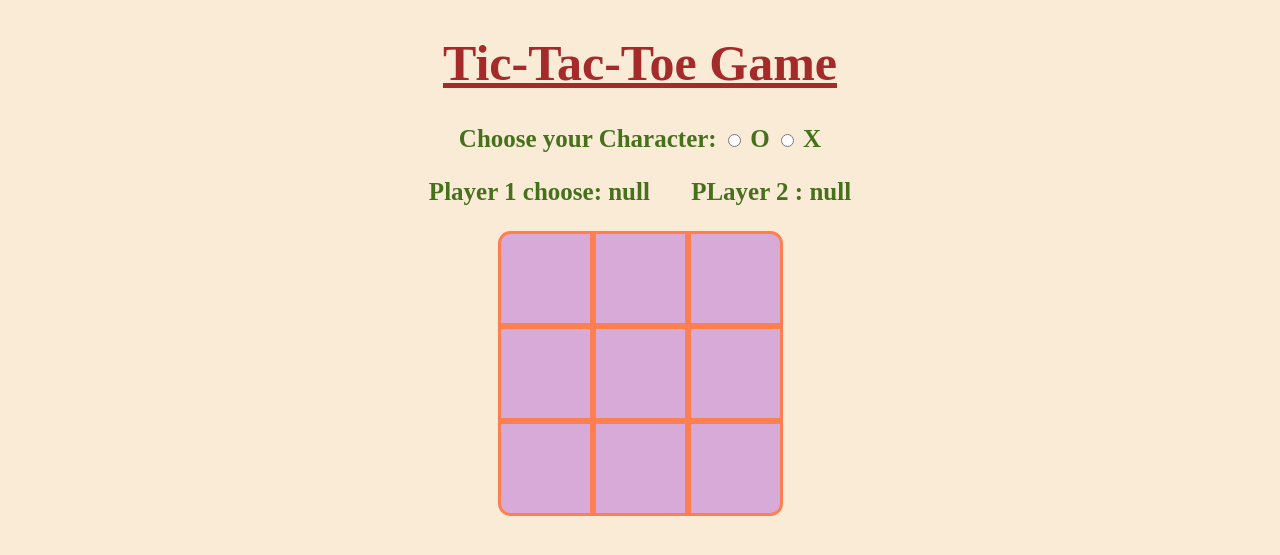
Repository: 0101chaitanya/Tic-Tac-Toe
Page: index.html
An editor plug-in stored every save of this project. The page is shown before and after the next save, followed by the edit.
The browser window is 1280 px wide. The pictures show the whole page.

Above is the page before, as saved 2021-06-12 12:39:33.

After the next save:
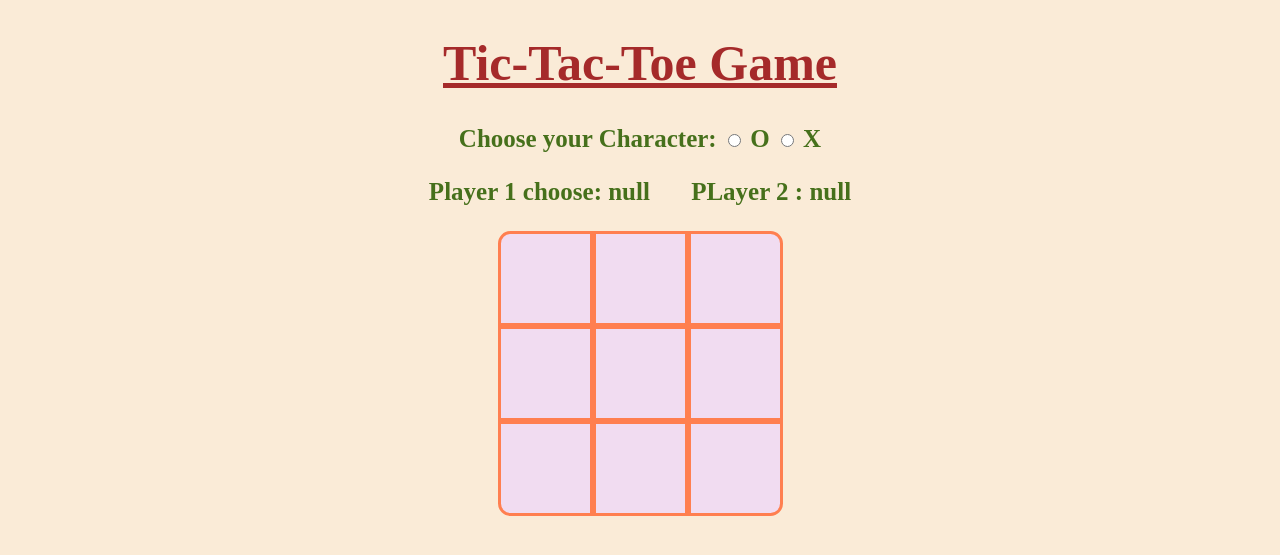
Saved 5 s later.
--- a/styles.css
+++ b/styles.css
@@ -78,7 +78,7 @@ label>input {
     align-items: center;
     font-size: 1.8rem;
     color: coral;
-    background-color: rgb(216, 170, 216)
+    background-color: rgb(241, 220, 241)
 }
 
 #gameSquare>section:nth-child(1)>div:nth-child(1) {
